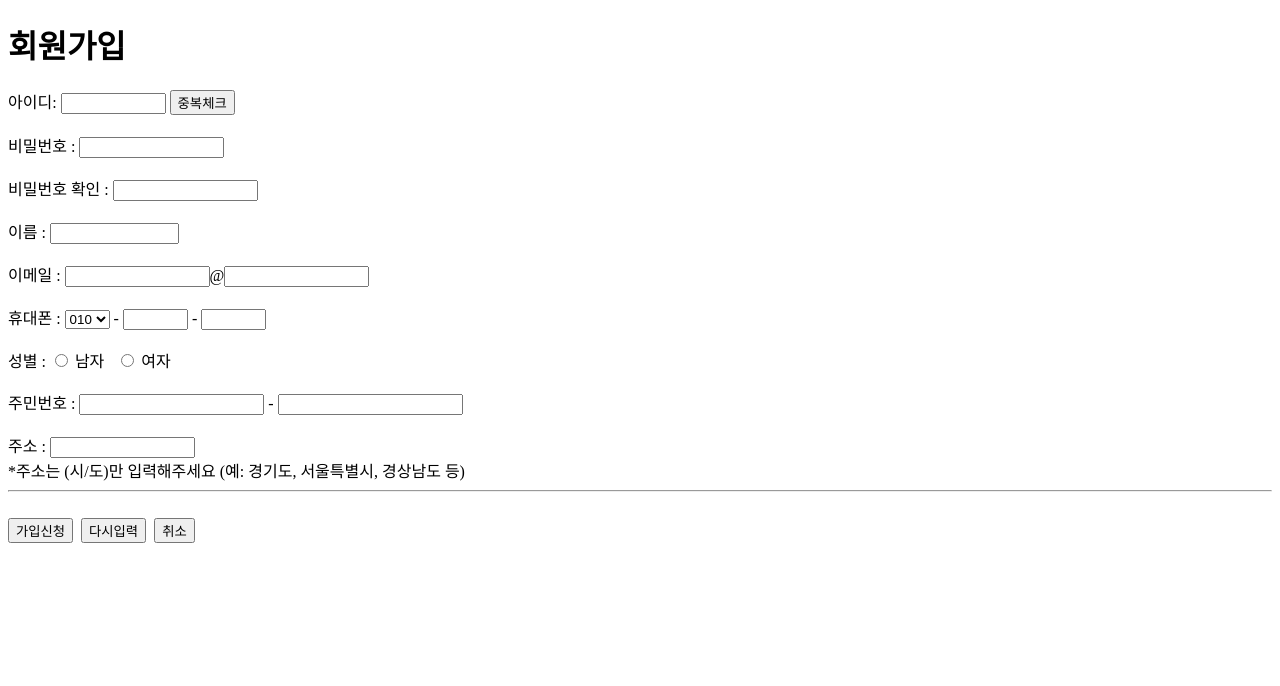
Repository: soohyeK/practice
Page: http://localhost/Join/new
These files come from the project's save history. The page is drawn as it stood at one moment and after the next save; the edit follows.
The browser window is 1280 px wide. The pictures show the whole page.
The page is served by Tomcat 9. Other server files are loaded and not shown.

Above is the page before, as saved 2022-09-19 06:46:05.

### Join/src/main/webapp/WEB-INF/views/new.jsp
<%@ page language="java" contentType="text/html; charset=EUC-KR"
    pageEncoding="EUC-KR"%>
<!DOCTYPE html>
<html>
<head>
</head>
<body>
<h1>회원가입</h1>

아이디: <input type="text" size="10" maxlength="15" name="id" id="id">
	  <input type="button" name="idChk" id="idChk" value="중복체크"><br><br>
비밀번호 : <input type="password" size="15" maxlength="20" name="pass" id="pass"><br><br>
비밀번호 확인 : <input type="password" size="15" maxlength="20" name="pass2" id="pass2"><br><br>
이름 : <input type="text" size="13" name="name" id="name" onkeyup="fncNameKeyUp(this)"><br><br>
이메일 : <input type="text" size="15" name="email1" id="email1">@<input type="text" size="15" name="email2" id="email2"><br><br>
휴대폰 : <select name="ph1">
       <option value="010">010</option>
       <option value="011">011</option>
       <option value="016">016</option>
       <option value="017">017</option>
       <option value="019">019</option>
     </select>
     - <input type="text" name="ph2" size="5" maxlength="4" id="ph2"> - <input type="text" name="ph3" size="5" maxlength="4" id="ph3"><br><br>
   성별 : <input type="radio" name="gender" value="남자"> 남자&nbsp;&nbsp;
   <input type="radio" name="gender" value="여자"> 여자<br><br>
   주민번호 : <input type="text" name="jumin1" id="jumin1"> -  <input type="password" name="jumin2" id="jumin2"><br><br>
   주소 : <input type="text" name="address" size="15" maxlength="15"><br>
   *주소는 (시/도)만 입력해주세요 (예: 경기도, 서울특별시, 경상남도 등)
   <td align="center">
   <hr><br>
    <input type="button" id="regi_btn" value="가입신청">&nbsp;
    <input type="reset" value="다시입력">&nbsp;
    <input type="button" value="취소">
   </td>
</body>
</html>

After the next save:
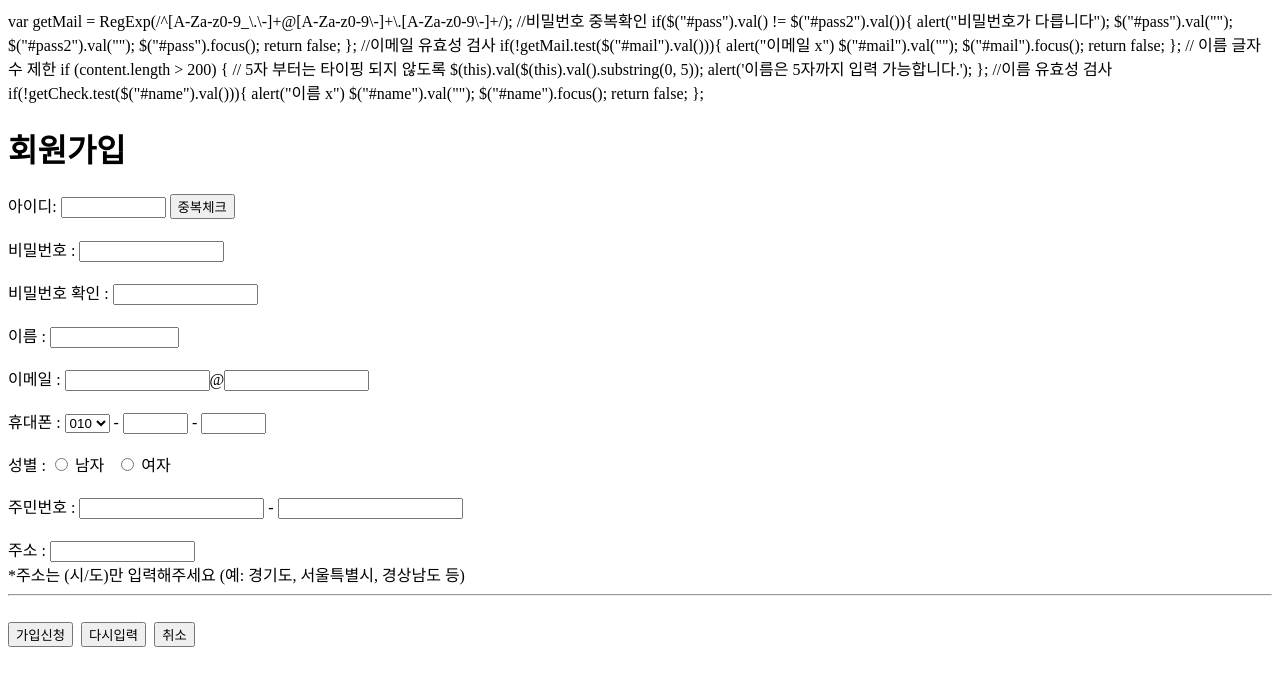
Saved 15 min 28 s later.
--- a/Join/src/main/webapp/WEB-INF/views/new.jsp
+++ b/Join/src/main/webapp/WEB-INF/views/new.jsp
@@ -3,6 +3,40 @@
 <!DOCTYPE html>
 <html>
 <head>
+
+		var getMail = RegExp(/^[A-Za-z0-9_\.\-]+@[A-Za-z0-9\-]+\.[A-Za-z0-9\-]+/);
+
+		//비밀번호 중복확인
+	 	if($("#pass").val() != $("#pass2").val()){
+          alert("비밀번호가 다릅니다");
+          $("#pass").val("");
+          $("#pass2").val("");
+          $("#pass").focus();
+          return false;
+	 	};
+
+	 	//이메일 유효성 검사
+	    if(!getMail.test($("#mail").val())){
+	        alert("이메일 x")
+	        $("#mail").val("");
+	        $("#mail").focus();
+	        return false;
+	     };
+
+	    // 이름 글자수 제한
+	    if (content.length > 200) {
+	    	// 5자 부터는 타이핑 되지 않도록
+	        $(this).val($(this).val().substring(0, 5));
+	        alert('이름은 5자까지 입력 가능합니다.');
+	    };
+
+	      //이름 유효성 검사
+	      if(!getCheck.test($("#name").val())){
+	        alert("이름 x")
+	        $("#name").val("");
+	        $("#name").focus();
+	        return false;
+	      };
 </head>
 <body>
 <h1>회원가입</h1>
